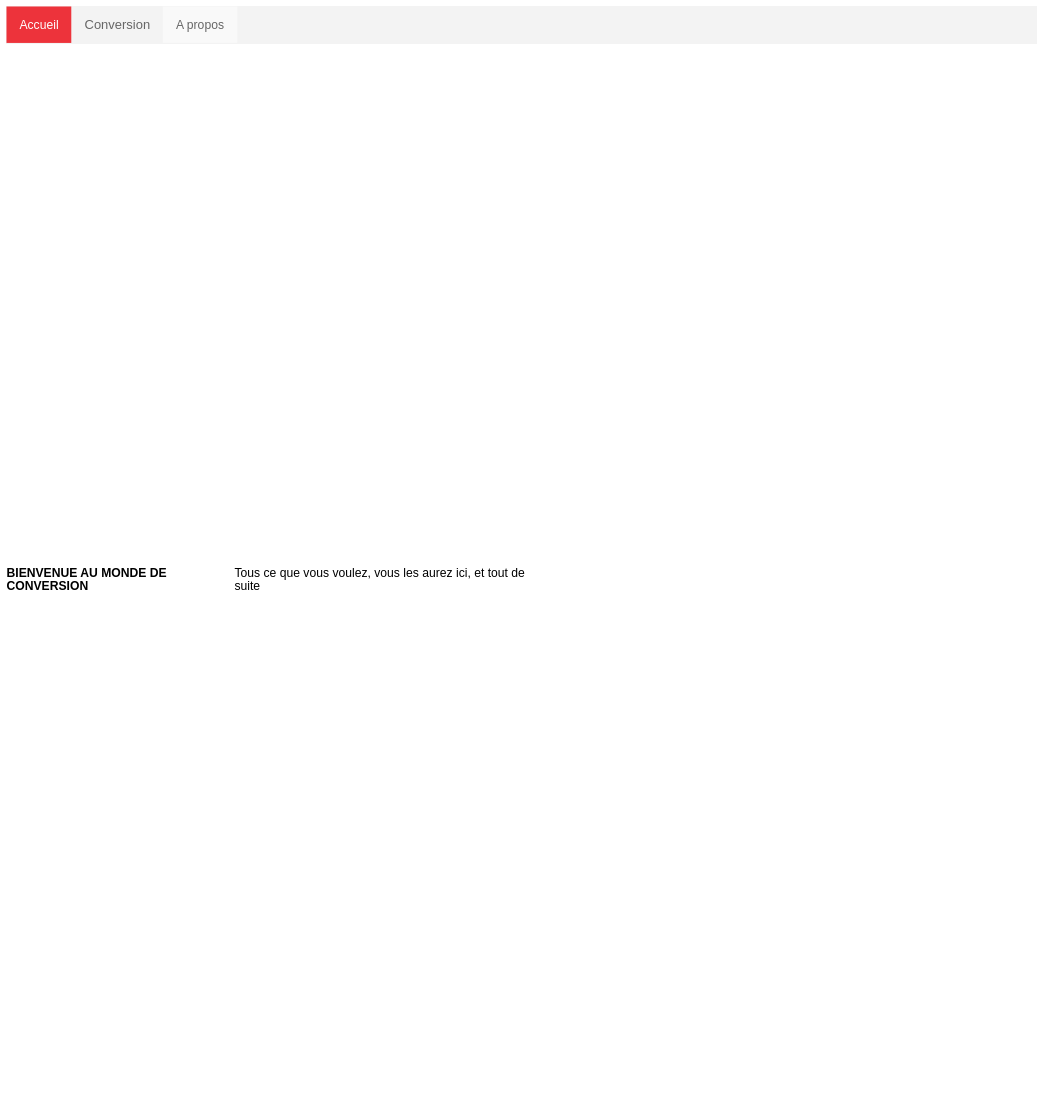
Repository: Santatrasoa/six
Page: Conversion/Conversion/src/main/webapp/index.html
The author's editor kept a copy of each file at every save. The page is drawn from the files as they stood at one save, then again after the next save.
The browser window is 1280 px wide. The pictures show the whole page, at 81% of full size.

Above is the page before, as saved 2024-04-10 09:57:04.

After the next save:
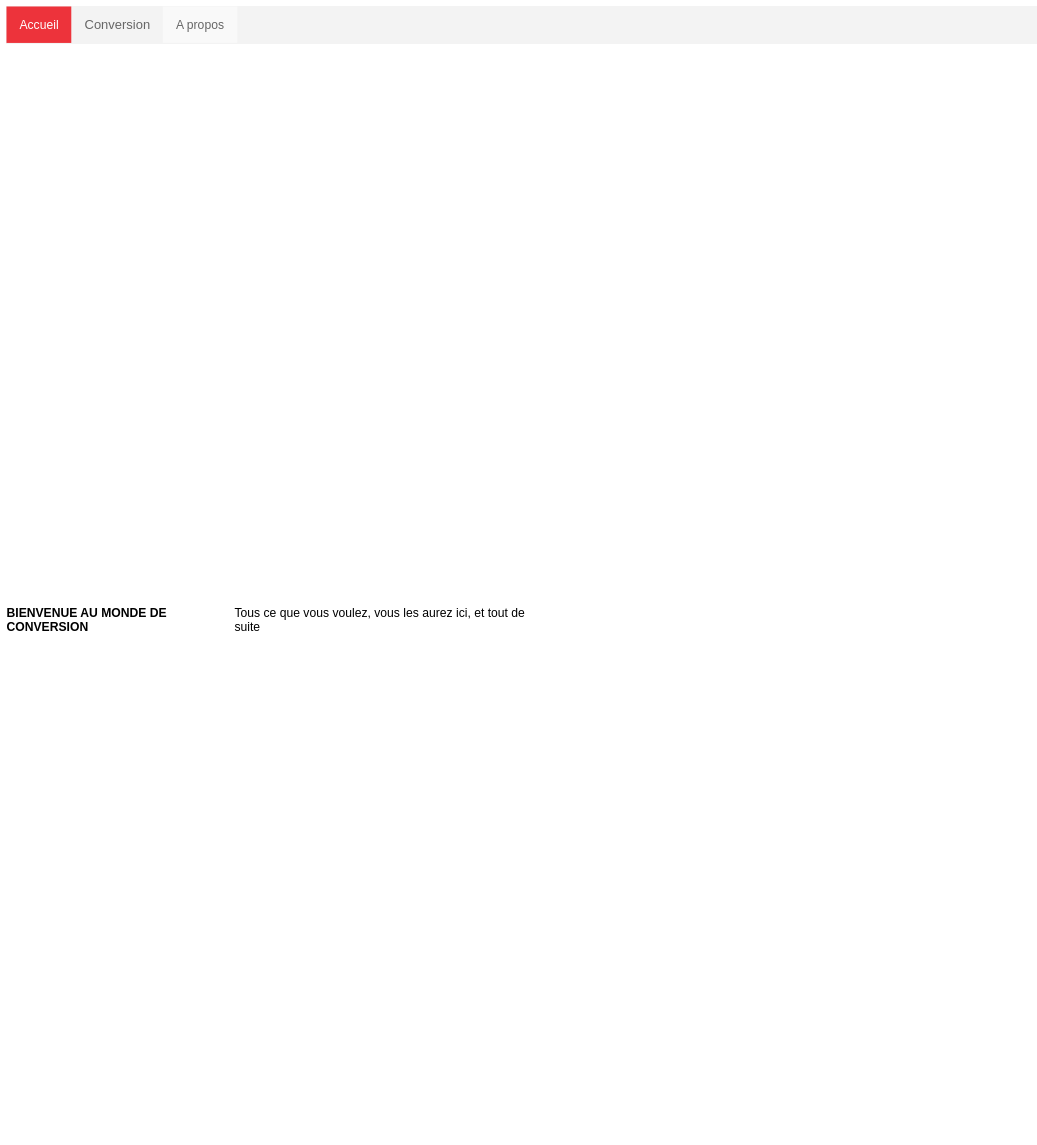
Saved 9 s later.
--- a/Conversion/Conversion/src/main/webapp/index.html
+++ b/Conversion/Conversion/src/main/webapp/index.html
@@ -27,7 +27,7 @@
 
 	<br>
 
-	<div style="margin-top: 50px" class="acceuil">
+	<div style="margin-top: 100px" class="acceuil">
 		<h1 >
 			BIENVENUE AU MONDE DE CONVERSION
 		</h1>
